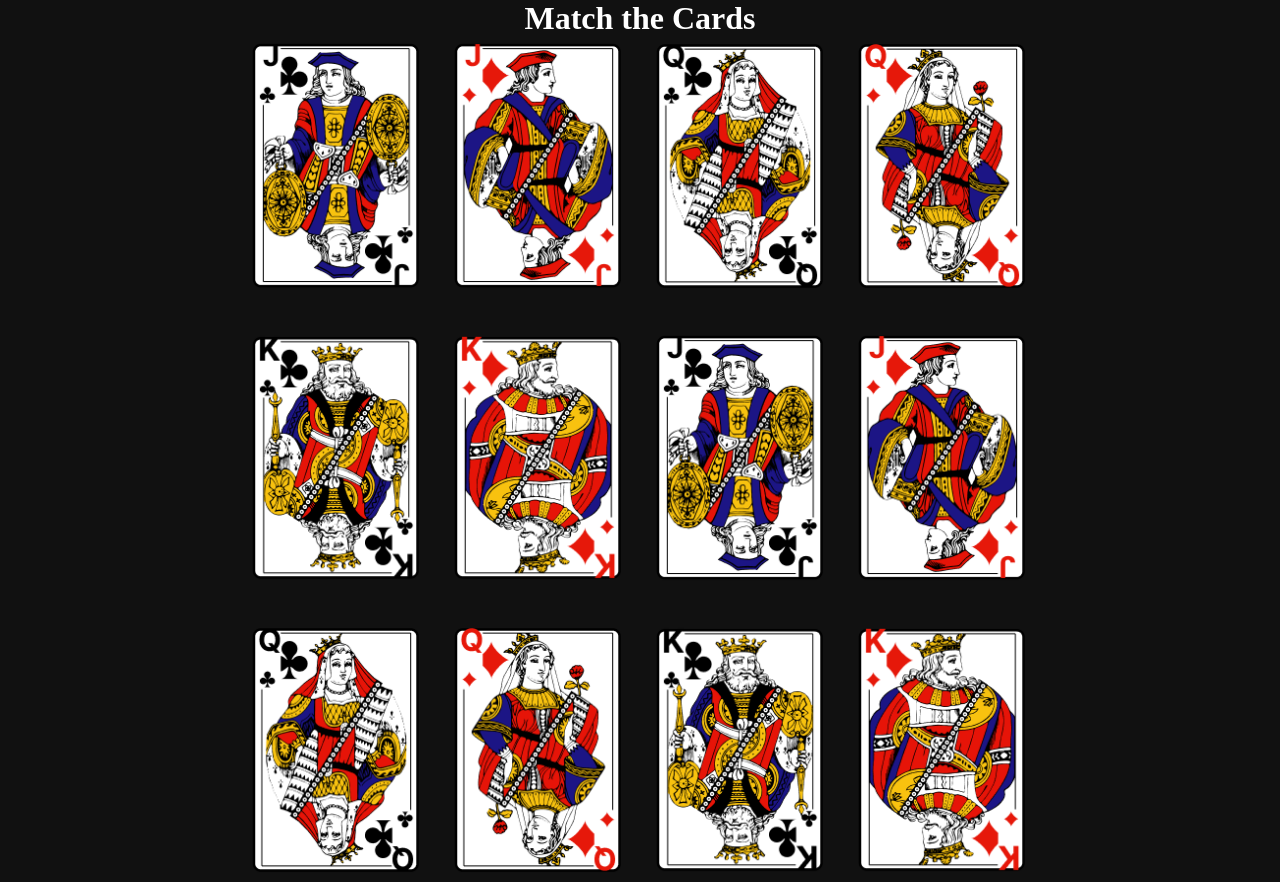
Repository: ThisIsSahaj/Js-Games
Page: MemoryCards/index.html
An editor plug-in stored every save of this project. The page is shown before and after the next save, followed by the edit.
The browser window is 1280 px wide. The pictures show the whole page.

Above is the page before, as saved 2024-05-15 19:27:41.

### MemoryCards/index.html
<!DOCTYPE html>
<html lang="en">
<head>
    <meta charset="UTF-8">
    <meta http-equiv="X-UA-Compatible" content="IE=edge">
    <meta name="viewport" content="width=device-width, initial-scale=1.0">
    <title>Memory Card Game</title>
    <link rel="stylesheet" href="style.css">
</head>
<body>
    <h1>Match the Cards</h1>
    <div class="container">

    </div>
    <script src="script.js"></script>
</body>
</html>

### MemoryCards/style.css
*{
    margin: 0;
    padding: 0;
    box-sizing: border-box;
}

body{
    background-color: #111;
    color: white;
    font-family: Poppins;
    display: flex;
    flex-direction: column;
    justify-content: center;
    align-items: center;
}

img{
    width: 166.51px;
    height: 257.2px;
    /* border: 2px solid red; */
}
.container{
    /* border: 2px solid red; */
    display: grid;
    grid-template-columns: repeat(4,1fr);
    grid-gap: 2rem;

}
.card{
    /* border: 2px solid red; */
    width: 170px;
    height: 260px;
}

### MemoryCards/script.js
data =[
    {
      image : 'images/jack_club.png',
      name : 'jack_club'
    },
    {
      image : 'images/jack_diamond.png',
      name : 'jack_diamond'
    },
    {
      image : 'images/queen_club.png',
      name : 'queen_club'
    },
    {
      image : 'images/queen_diamond.png',
      name : 'queen_diamond'
    },
    {
      image : 'images/king_club.png',
      name : 'king_club'
    },
    {
      image : 'images/king_diamond.png',
      name : 'king_diamond'
    },
];



container = document.querySelector('.container');

const generateCards = (element) =>
{
  const card = document.createElement('div')
  card.classList.add('card');
  card.dataset.name = element.name;

  cardHtml = `
  <img src="${element.image}" alt="">
  `

  card.insertAdjacentHTML('afterbegin', cardHtml);

  container.appendChild(card);

}

//to double the array
const totalData = data.concat(data);

//to shuffle the array
const shuffledData = Array.from(totalData).sort( ()=> Math.random() - 0.5 );


totalData.forEach(element => {
  generateCards(element);
  // generateCards(element);
});

After the next save:
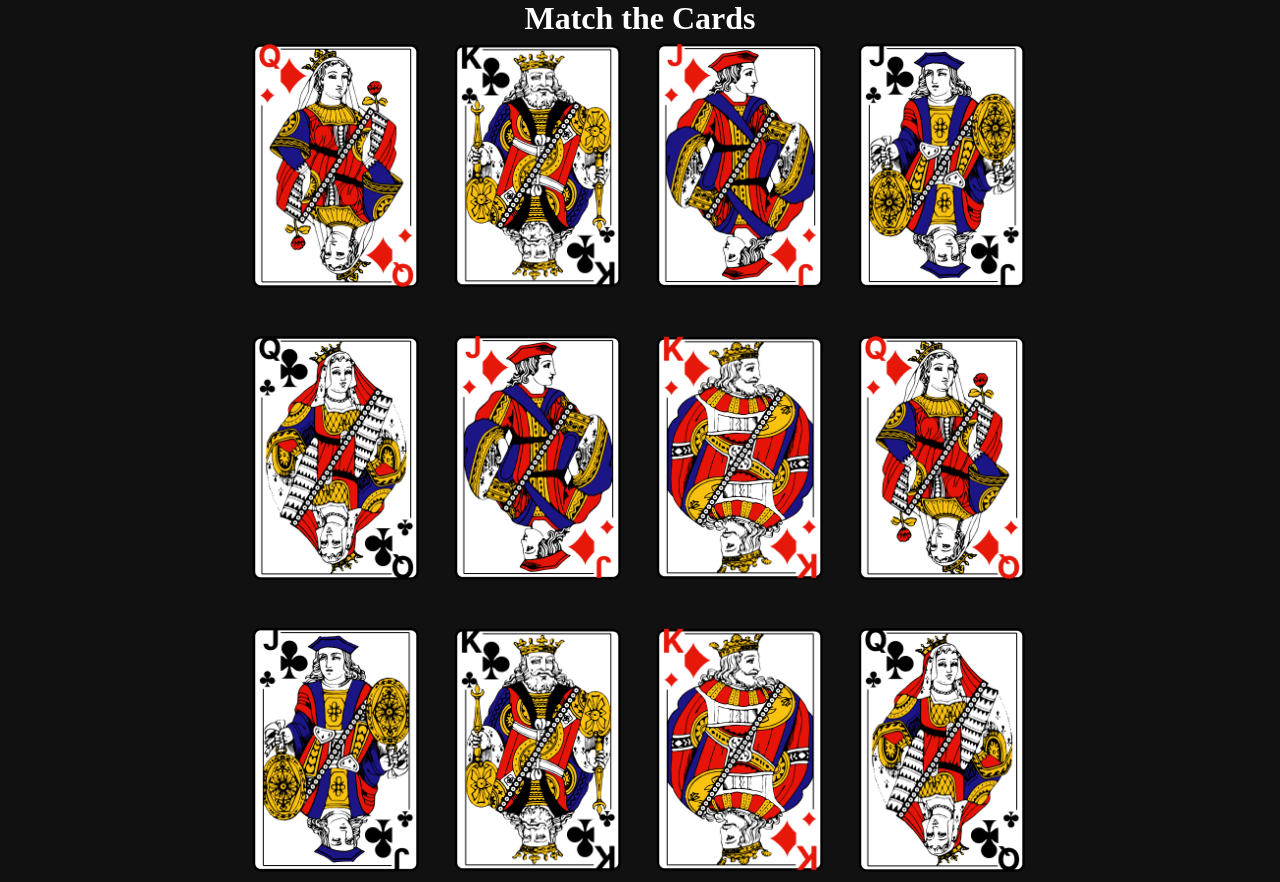
Saved 11 s later.
--- a/MemoryCards/script.js
+++ b/MemoryCards/script.js
@@ -52,7 +52,7 @@
 const shuffledData = Array.from(totalData).sort( ()=> Math.random() - 0.5 );
 
 
-totalData.forEach(element => {
+shuffledData.forEach(element => {
   generateCards(element);
   // generateCards(element);
 });
